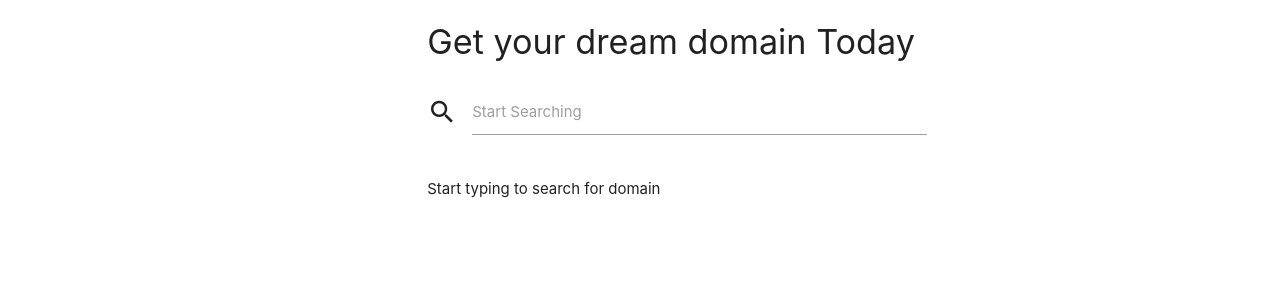
Repository: habib-urrehmaan/domain-name-searcher
Page: / (app in client/)
The author's editor kept a copy of each file at every save. The page is drawn from the files as they stood at one save, then again after the next save.
The browser window is 1280 px wide. The pictures show the whole page.
The project was rebuilt for these pictures with package versions that can differ from the ones it lists, and the page was loaded fresh each time.

Above is the page before, as saved 2020-04-17 18:18:49.

After the next save:
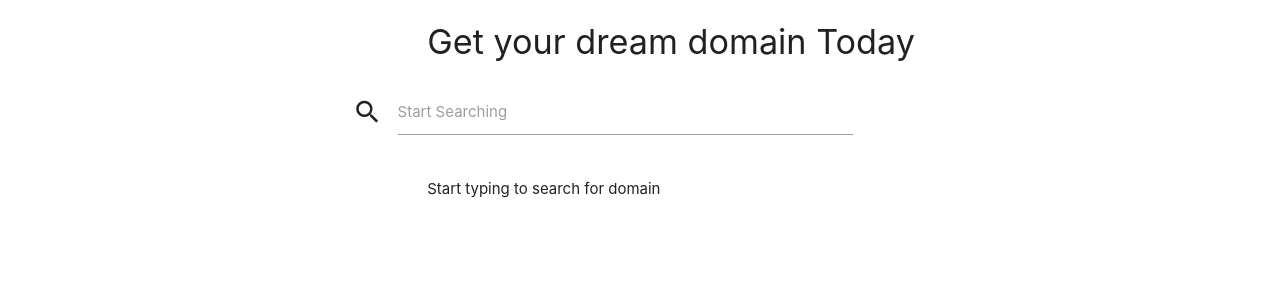
Saved 4 s later.
--- a/client/src/Search.js
+++ b/client/src/Search.js
@@ -31,7 +31,7 @@ class Search extends Component {
                     <div className="col offset-s3">
                         <h4>Get your dream domain Today</h4>
                     </div>
-                    <div className="input-field col s7 offset-s3">
+                    <div className="input-field col s7 offset-s2">
                         <i className="material-icons prefix">search</i>
                         <input id="search" type="text" className="validate" onChange={this.onChangeHandler}/>
                         <label htmlFor="search">Start Searching</label>
